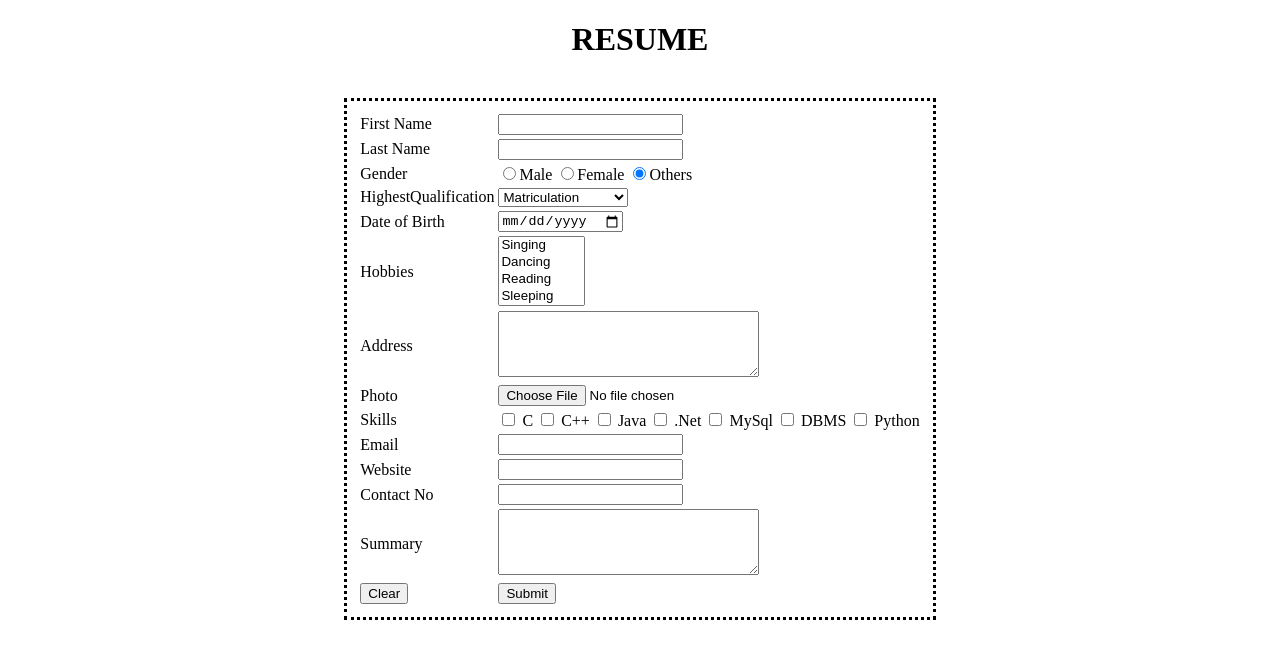
Repository: Rccalfa123/JEE
Page: MyFirstServlet/WebContent/Resume.html
The author's editor kept a copy of each file at every save. The page is drawn from the files as they stood at one save, then again after the next save.
The browser window is 1280 px wide. The pictures show the whole page.

Above is the page before, as saved 2018-08-07 13:46:20.

After the next save:
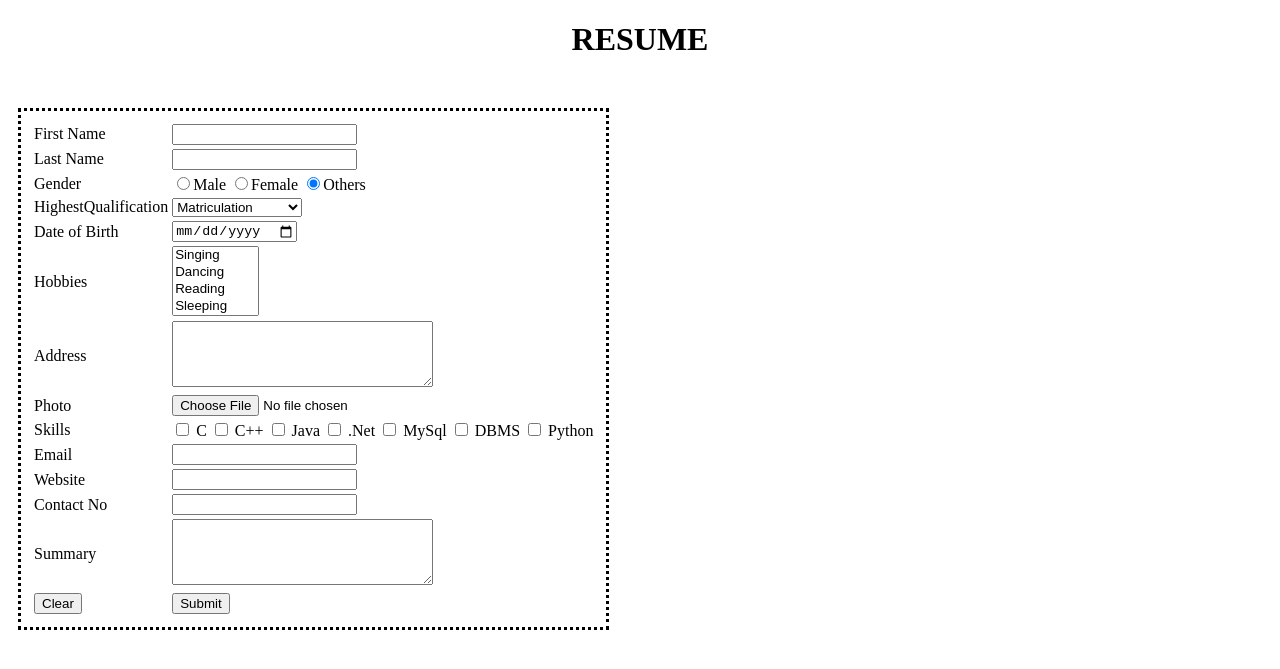
Saved 91 s later.
--- a/MyFirstServlet/WebContent/Resume.html
+++ b/MyFirstServlet/WebContent/Resume.html
@@ -6,6 +6,8 @@
         padding: 10px;
         border-color: black;
         border: dotted;
+        margin: 10px;
+
 }
 </style>
 

After the save that followed:
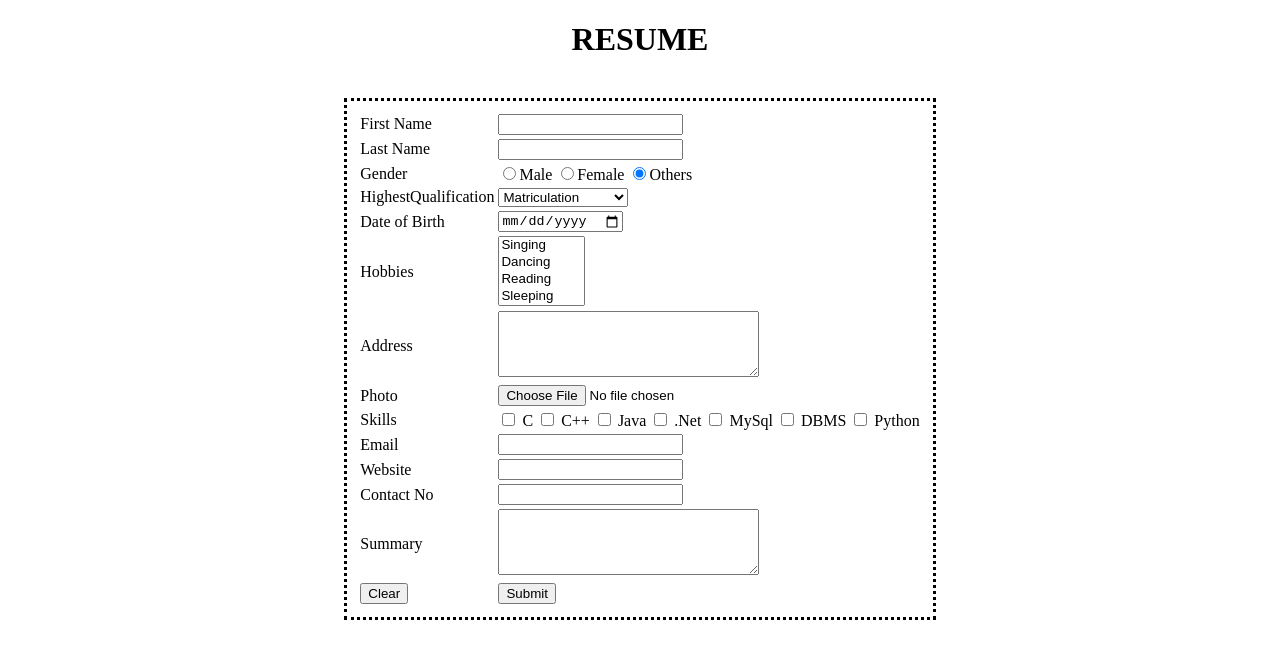
Saved 2 min 25 s later.
--- a/MyFirstServlet/WebContent/Resume.html
+++ b/MyFirstServlet/WebContent/Resume.html
@@ -6,7 +6,7 @@
         padding: 10px;
         border-color: black;
         border: dotted;
-        margin: 10px;
+
 
 }
 </style>
